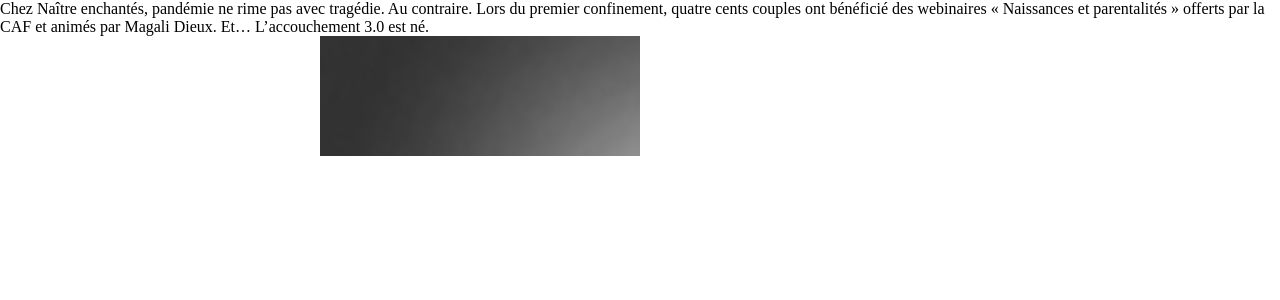
Repository: clairedupuich/kong_jian
Page: sllider_simple/index.html
An editor plug-in stored every save of this project. The page is shown before and after a run of saves, followed by the edit.
The browser window is 1280 px wide. The pictures show the whole page.

Above is the page before, as saved 2020-12-07 22:33:17.

### sllider_simple/index.html
<!DOCTYPE html PUBLIC "-//W3C//DTD XHTML 1.0 Transitional//EN"
"http://www.w3.org/TR/xhtml1/DTD/xhtml1-transitional.dtd">
<html>
<head>
<meta http-equiv="Content-Type" content="text/html; charset=utf-8"/>
<title></title>
<link rel="stylesheet" href="style.css">

</head>
<body>
    <div class="">
        <p class="pp">
            Chez Naître enchantés, pandémie ne rime pas avec tragédie. Au contraire. Lors du premier confinement, quatre cents couples ont bénéficié des webinaires « Naissances et parentalités » offerts par la CAF et animés par Magali Dieux. Et… L’accouchement 3.0 est né.


        </p>
    </div>
<div id="view">
<ul id="img_list">
<li id="a"><img src="img/slider_img1.png" /></li>
<li id="b"><img src="img/slider_img2.png" /></li>
<li id="c"></li>

<li></li>
        <li></li>
        <li><img src="img/img_slider_31.png" /></li>
        <li><img src="img/promo.png" /></li>
</ul>
</div>

<script src="main.js"></script>
</body>
</html>

<!--
    https://www.w3cschool.cn/lwp2e2/7cz212kd.html

    常见的幻灯片切换无非就是轮播和渐变，不管哪种都是用定时器来逐步改变图片或者图片组的某种属性来实现的。摒弃其他的效果，最简单的轮播也就只有一条语句：

parent.appendChild(parent.firstChild)，不断的把列表的一个元素添加到最后一个，appendChild会将节点从原来的位置移除，所以借此可以产生切换效果。

一点，IE对文本的文本节点与其他的浏览器不同，在获取子节点的时候需要注意，另外在不同版本的FF中，children这个属性也需要注意。

下面的demo没有设置#view的overflow:hidden。 -->

### sllider_simple/style.css
* {
    margin: 0;
    padding: 0;
}

ul {
    list-style: none;
}

#view {
    position: relative;
    width: 320px;
    height: 120px;
    margin-left: 320px;

    overflow: hidden;
}

#view:after {
    content: '.';
    display: block;
    clear: both;
    height: 0;
    visibility: hidden;
}

#img_list {
    position: absolute;
    width: 960px;
}

#img_list li {
    float: left;
    width: 320px;
    height: 120px;
}

#a {
    background: #87ceeb;
}

#b {
    background: #ff69b4;
}

#c {
    background: #98fb98;
}

### sllider_simple/main.js
var img_list = document.getElementById('img_list');
setInterval(function () {
    img_list.appendChild(img_list.firstChild);
}, 500)

After the next 2 saves:
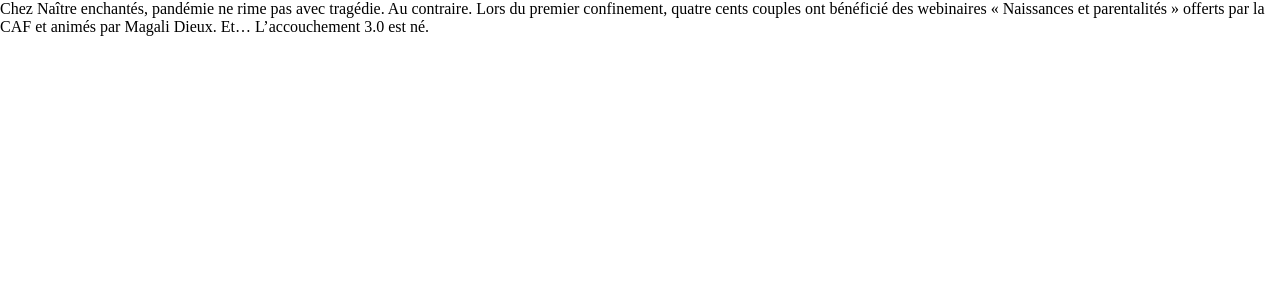
The 2 saves are shown as one change because they came seconds apart.
The last was saved 11 s later.
--- a/sllider_simple/index.html
+++ b/sllider_simple/index.html
@@ -19,11 +19,11 @@
 <ul id="img_list">
 <li id="a"><img src="img/slider_img1.png" /></li>
 <li id="b"><img src="img/slider_img2.png" /></li>
-<li id="c"></li>
+<li id="c"><img src="img/img_slider_31.png" /></li>
 
 <li></li>
         <li></li>
-        <li><img src="img/img_slider_31.png" /></li>
+        <li></li>
         <li><img src="img/promo.png" /></li>
 </ul>
 </div>
